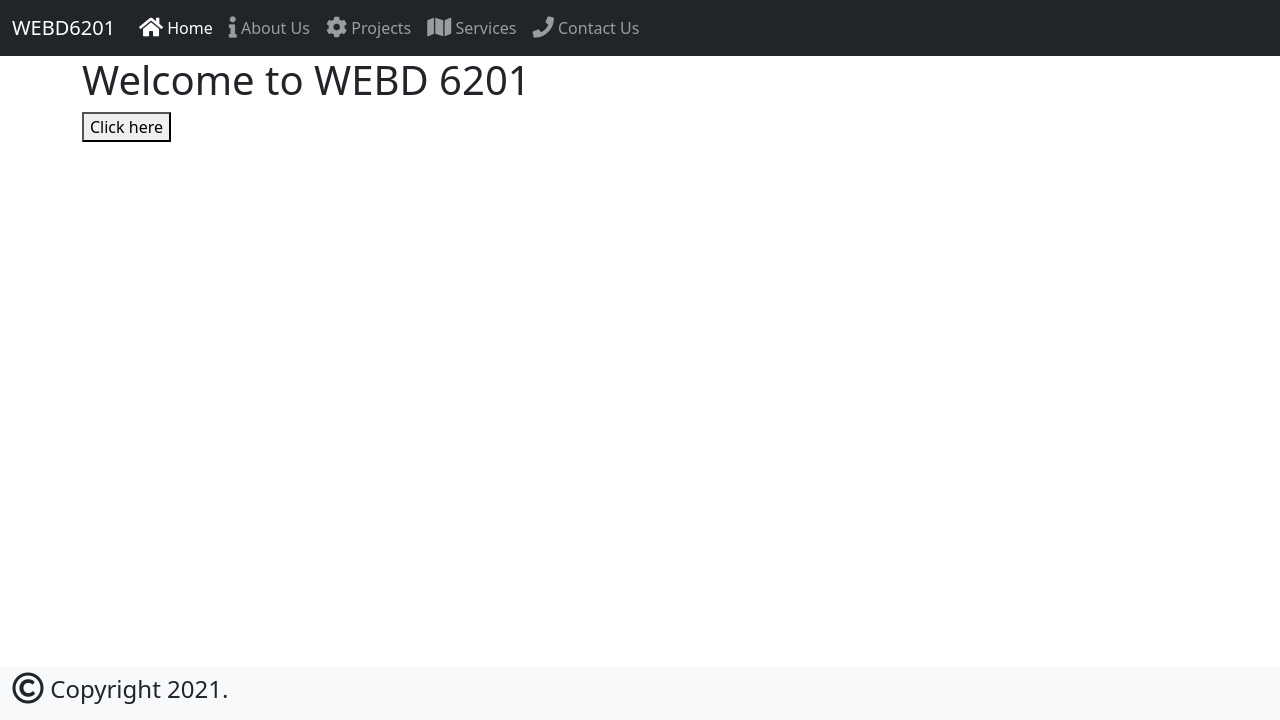
Repository: GarlicButterBoy/WEBD6201-ICE03
Page: index.html
These files come from the project's save history. The page is drawn as it stood at one moment and after the next save; the edit follows.
The browser window is 1280 px wide. The pictures show the whole page.

Above is the page before, as saved 2021-02-03 09:36:10.
Console error: ReferenceError: h1 is not defined

### index.html
<!DOCTYPE html>
<html lang="en">
<head>
    <meta charset="UTF-8">
    <meta name="viewport" content="width=device-width, initial-scale=1.0">
    <title>Home</title>
    <!-- CSS Section -->
    <link rel="stylesheet" href="./node_modules/bootstrap/dist/css/bootstrap.min.css">
    <link rel="stylesheet" href="./node_modules/@fortawesome/fontawesome-free/css/all.min.css">
    <link rel="stylesheet" href="./Content/app.css">
</head>
<body>
    <!-- Main Header -->
    <header>
        <!-- Main Navigation -->
        <nav class="navbar navbar-expand-lg navbar-dark bg-dark">
            <div class="container-fluid">
              <a class="navbar-brand" href="index.html">WEBD6201</a>
              <button class="navbar-toggler" type="button" data-bs-toggle="collapse" data-bs-target="#navbarSupportedContent" aria-controls="navbarSupportedContent" aria-expanded="false" aria-label="Toggle navigation">
                <span class="navbar-toggler-icon"></span>
              </button>
              <div class="collapse navbar-collapse" id="navbarSupportedContent">
                <ul class="navbar-nav me-auto mb-2 mb-lg-0">
                  <li class="nav-item">
                    <a class="nav-link active" aria-current="page" href="index.html"><i class="fas fa-home fa-lg"></i> Home</a>
                  </li>

                  <li class="nav-item">
                    <a class="nav-link" aria-current="page" href="about.html"><i class="fas fa-info fa-lg"></i> About Us</a>
                  </li>

                  <li class="nav-item">
                    <a class="nav-link" aria-current="page" href="projects.html"><i class="fas fa-cog fa-lg"></i> Projects</a>
                  </li>

                  <li class="nav-item">
                    <a class="nav-link" aria-current="page" href="services.html"><i class="fas fa-map fa-lg"></i> Services</a>
                  </li>

                  <li class="nav-item">
                    <a class="nav-link" aria-current="page" href="contact.html"><i class="fas fa-phone fa-lg"></i> Contact Us</a>
                  </li>
                </ul>
              </div>
            </div>
          </nav>
    </header>

    <!-- Main Content -->
    <main class="container">
        <h1>Welcome to WEBD 6201</h1>
        <button>Click here</button>
        <p id="paragraphOne"></p>
    </main>

    <!-- Main Footer -->
    <footer>
        <nav class="navbar fixed-bottom navbar-light bg-light">
            <div class="container-fluid">
              <h4><i class="far fa-copyright fa-lg"></i> Copyright 2021.</h4>
            </div>
          </nav>
    </footer>

    <!-- Script Section-->
    <script src="./node_modules/jquery/dist/jquery.min.js"></script>
    <script src="./node_modules/bootstrap/dist/js/bootstrap.bundle.min.js"></script>
    <script src="./Scripts/app.js"></script>
</body>
</html>

### Scripts/app.js
/* custom JavaScript goes here */

//IIFE - Immediately Invoked Function Expression
//AKA - Anonymous Self-Executing Function
//Closure - limits scope leak

"use strict";
/* Example of a class being created with brand new functions
let myContact =
{
  "firstName":"Nick SF",
  "contactNumber":"905-123-4567",
  "emailAddress":"email@test.com",
  "saysHello":function() { console.log(`${fullName} says Hello!`); },
  "someOtherObject":{  "friendsList":["Tony", "Stephen", "Peter"]  }

};*/





(function()
{
    function displayHome()
    {

      $("button").on("mouseover", function(){
        console.log("JQuery Click");
      });

      let myButton = document.querySelectorAll("button")[1];
      myButton.addEventListener("click", () => {
        console.log("Button Clicked!");
      });

      console.log(h1);

        let paragraphOneText =
          "This is a simple site to demonstrate DOM Manipulation for ICE 1";

        let paragraphOneElement = document.getElementById("paragraphOne");

        paragraphOneElement.textContent = paragraphOneText;
        paragraphOneElement.className = "fs-5";

        // Step 1. document.createElement
        let newParagraph = document.createElement("p");
        // Step 2. configure the element
        newParagraph.setAttribute("id", "paragraphTwo");
        newParagraph.textContent = "...And this is paragraph two";
        // Step 3. select the parent element
        let mainContent = document.getElementsByTagName("main")[0];
        // Step 4. Add / Insert the element
        mainContent.appendChild(newParagraph);

        newParagraph.className = "fs-6";

        // another way of injecting content
        let paragraphDiv = document.createElement("div");
        let paragraphThree = `<p id="paragraphThree" class="fs-7 fw-bold">And this is the Third Paragraph</p>`;
        paragraphDiv.innerHTML = paragraphThree;

        // insertions

        // example of inserting before a node
        //newParagraph.before(paragraphDiv);

        // example of inserting after a node
        newParagraph.after(paragraphDiv);

        // deletions

        // example of removing a single element
        //paragraphOneElement.remove();

        // example of removeChild
        mainContent.removeChild(paragraphOneElement);

        // update / modification
        //mainContent.firstElementChild.textContent = "Welcome Home!";

        mainContent.innerHTML = `<h1 id="firstHeading">Welcome to WEBD6201 - Lab 1</h1>
         <p id="paragraphOne" class="fs-3 fw-bold">This is my first Paragraph</p>
        `;

    }

    function displayAbout()
    {

    }

    function displayProjects()
    {

    }

    function displayServices()
    {

    }

    function displayContact()
    {
        let messageArea = document.getElementById("messageArea");
        messageArea.hidden = true;

        // form validation
        let fullName = document.getElementById("fullName");
        fullName.addEventListener("blur", function() {
            if(fullName.value.length < 2)
            {
                fullName.focus();
                fullName.select();
                messageArea.hidden = false;
                messageArea.className = "alert alert-danger";
                messageArea.textContent = "Please enter an appropriate Name";
            }
            else
            {
                messageArea.removeAttribute("class");
                messageArea.hidden = true;
            }
        });

        let sendButton = document.getElementById("sendButton");
        sendButton.addEventListener("click", function(event){
            //event.preventDefault();
            let contact = new Contact(fullName.value, contactNumber.value, emailAddress.value);
            console.log(contact.serialize());

            if(contact.serialize()) //checking if the serialized object exists
            {
              localStorage.setItem((localStorage.length + 1).toString(), contact.serialize());
            }

            fullName.value = "";
            contactNumber.value = "";
            emailAddress.value = "";
        });
    }
    function displayContactList()
    {

      if(localStorage.length > 0)
      {
        let contactList = document.getElementById("contactList");

        let data = "";

        for (let index = 0; index < localStorage.length; index++)
        {
          let contactData = localStorage.getItem((index + 1).toString());

          console.log(contactData);

          let contact = new Contact();
          contact.deserialize(contactData);

          data += `<tr>
                  <th scope="row">${index + 1}</th>
                  <td>${contact.FullName}</td>
                  <td>${contact.ContactNumber}</td>
                  <td>${contact.EmailAddress}</td>
                  </tr>`;
        }

        contactList.innerHTML = data;
      }


    }

    function Start()
    {
        console.log("App Started...");

        switch (document.title)
        {
          case "Home":
              displayHome();
            break;
          case "About":
              displayAbout();
            break;
          case "Projects":
              displayProjects();
            break;
          case "Services":
              displayServices();
            break;
          case "Contact":
              displayContact();
            break;
          case "Contact-List":
              displayContactList();
            break;
        }

    }

    window.addEventListener("load", Start);

})();

Loaded but not shown: node_modules/bootstrap/dist/css/bootstrap.min.css (library); node_modules/@fortawesome/fontawesome-free/css/all.min.css (library); Content/app.css (common file); node_modules/jquery/dist/jquery.min.js (library); node_modules/bootstrap/dist/js/bootstrap.bundle.min.js (library)

After the next save:
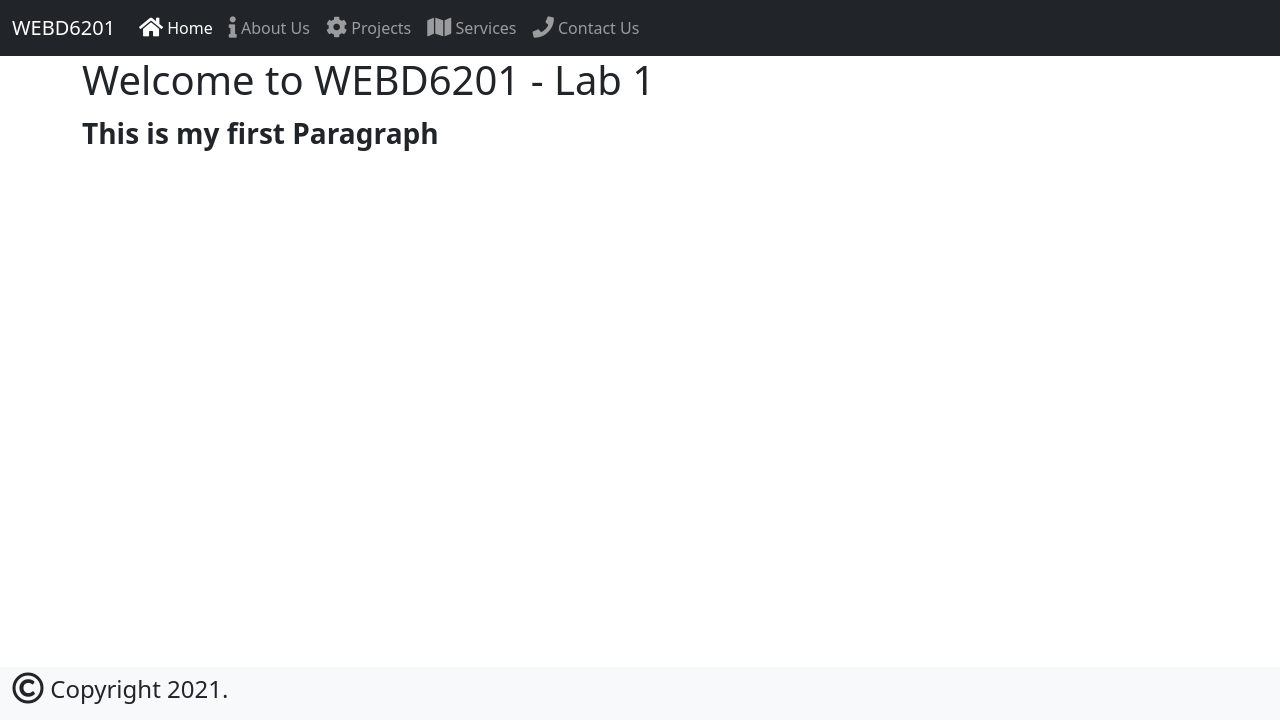
The error is gone.
Saved 26 s later.
--- a/Scripts/app.js
+++ b/Scripts/app.js
@@ -34,7 +34,7 @@ let myContact =
         console.log("Button Clicked!");
       });
 
-      console.log(h1);
+      console.log(myButton);
 
         let paragraphOneText =
           "This is a simple site to demonstrate DOM Manipulation for ICE 1";
